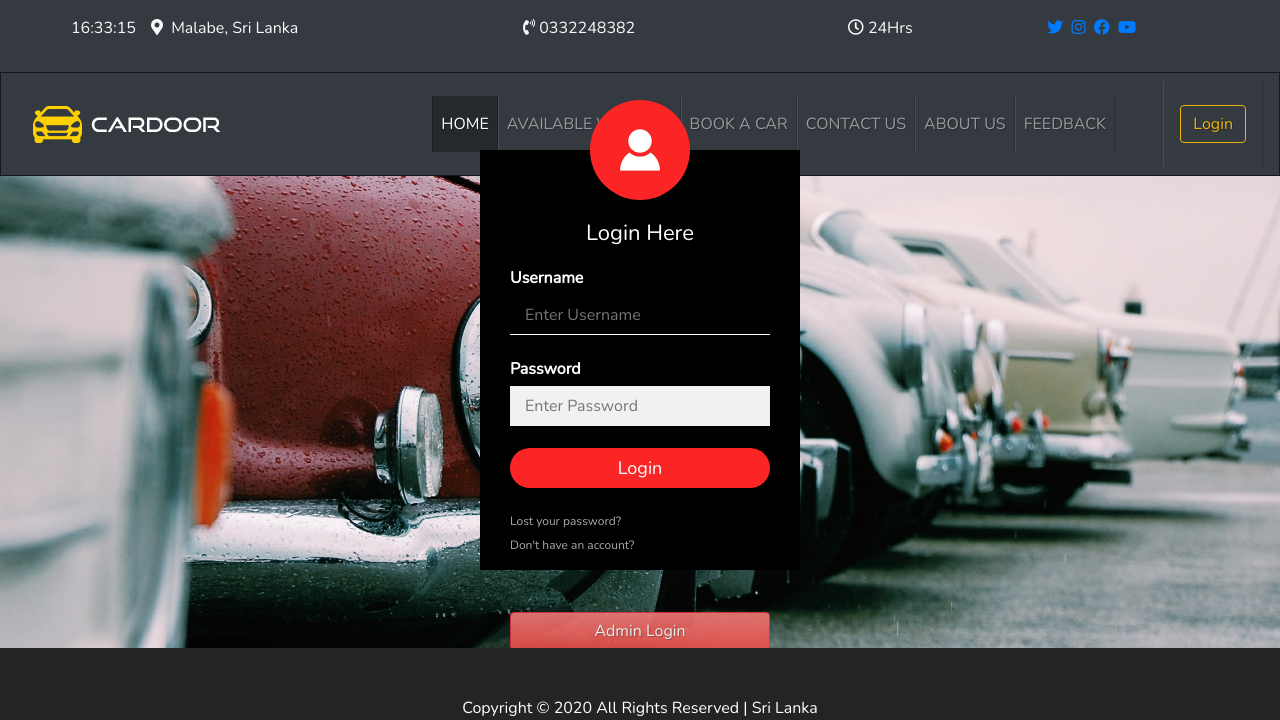
Repository: NipunLakshan99/Cardoor
Page: http://localhost/RentCar/login.jsp
An editor plug-in stored every save of this project. The page is shown before and after the next save, followed by the edit.
The browser window is 1280 px wide. The pictures show the whole page.
Some web libraries are served in a nearby version. The page is served by Tomcat 9. Other server files are loaded and not shown.

Above is the page before, as saved 2020-05-13 11:10:02.

### RentCar/WebContent/login.jsp
<%@ page language="java" contentType="text/html; charset=ISO-8859-1"
    pageEncoding="ISO-8859-1"%>
<!DOCTYPE html>
<html>
<head>

		<meta charset="ISO-8859-1" name="viewport" content="width=device-width, initial-scale=1">
		<link rel="stylesheet" href="https://stackpath.bootstrapcdn.com/bootstrap/4.3.1/css/bootstrap.min.css" integrity="sha384-ggOyR0iXCbMQv3Xipma34MD+dH/1fQ784/j6cY/iJTQUOhcWr7x9JvoRxT2MZw1T" crossorigin="anonymous">
		<link rel="stylesheet" href="https://bootswatch.com/4/slate/bootstrap.min.css" >
        <link rel="stylesheet" href="https://stackpath.bootstrapcdn.com/bootstrap/4.3.1/css/bootstrap.min.css" integrity="sha384-ggOyR0iXCbMQv3Xipma34MD+dH/1fQ784/j6cY/iJTQUOhcWr7x9JvoRxT2MZw1T" crossorigin="anonymous">
        <link href="https://fonts.googleapis.com/css?family=Nunito" rel="stylesheet">
        <link rel="stylesheet" href="https://use.fontawesome.com/releases/v5.8.2/css/all.css" integrity="sha384-oS3vJWv+0UjzBfQzYUhtDYW+Pj2yciDJxpsK1OYPAYjqT085Qq/1cq5FLXAZQ7Ay" crossorigin="anonymous">
        <link rel="stylesheet" href="CSS/stylesheet.css">
        <link rel="shortcut icon" href="CSS/favicon.ico" type="image/x-icon" />
		<title>Login</title>
</head>
<style>
 body{
  font-family: 'Nunito';
  background-image:url(CSS/img/carlo.jpg);
  background-size:cover;
  background-attachment:fixed;
}
</style>
<body onload="startTime()">
	<!--- Clock Display ------>
        <script>
            function startTime() {
                var today = new Date();
                var h = today.getHours();
                var m = today.getMinutes();
                var s = today.getSeconds();
                m = checkTime(m);
                s = checkTime(s);
                document.getElementById('txt').innerHTML =
                        h + ":" + m + ":" + s;
                var t = setTimeout(startTime, 500);
            }
            function checkTime(i) {
                if (i < 10) {
                    i = "0" + i
                }
                ;  // add zero in front of numbers < 10
                return i;
            }
        </script>

        <!------------------------------->

         <div class="preloader bg-dark text-light" >
            <div class="preloader-spinner" >


                <div id="header-top" class="d-none d-xl-block">
                    <div class="container">
                        <div class="row">

                            <div class="loader-content">
                                <!--<img src="CSS/img/preloader.gif">-->
                                <p id="txt"></p>

                            </div>

                            <div class="col-lg-3 text-left ">
                                <i class="fas fa-map-marker-alt"></i> &nbsp;Malabe, Sri Lanka
                            </div>&nbsp;&nbsp;&nbsp;&nbsp;

                            <div class="col-lg-3 text-center">
                                <i class="fas fa-phone-volume"></i> 0332248382
                            </div>&nbsp;&nbsp;&nbsp;&nbsp;

                            <div class="col-lg-3 text-center">
                                <i class="far fa-clock"></i> 24Hrs
                            </div>&nbsp;&nbsp;&nbsp;&nbsp;&nbsp;&nbsp;


                            <div class="header-social-icons text-right">
                                <a href="#"><i class="fab fa-twitter"></i></a>&nbsp;
                                <a href="#"><i class="fab fa-instagram"></i></a>&nbsp;
                                <a href="#"><i class="fab fa-facebook"></i></a>&nbsp;
                                <a href="#"><i class="fab fa-youtube"></i></a>&nbsp;
                            </div>
                        </div>
                    </div>
                </div>
            </div>
        </div>
  <nav class="navbar navbar-expand-lg navbar-dark bg-dark">
		<div class="col-lg-4">
                        <a href="Home.jsp" class="logo">
                            <img src="CSS/img/logo.png" alt="JSOFT">
                        </a>
                    </div>


  		<div class="collapse navbar-collapse" id="navbarColor02">
    	<ul class="navbar-nav mr-auto">
        <li class="nav-item active">
        <a href="Home.jsp" class="nav-link" href="#">HOME </a>
      	</li>
      	<li class="nav-item">
        <a href="vehicles.html" class="nav-link" href="#">AVAILABLE VEHICLES</a>
      	</li>
      	<li class="nav-item">
         <a href="addbookingform.jsp" class="nav-link" href="#">BOOK A CAR</a>
      	</li>
      	<li class="nav-item">
        <a href="contactus.html" class="nav-link" href="#">CONTACT US</a>
      	</li>
      	<li class="nav-item">
        <a href="aboutus.html" class="nav-link" href="#">ABOUT US</a>
      	</li>
      	<li class="nav-item">
        <a href="feedback.jsp" class="nav-link" href="#">FEEDBACK</a>
      	</li>
    	</ul>
    	<li class="form-inline my-2 my-lg-0">
        <a href="login.jsp" class="nav-item nav-link"><button class="btn btn-outline-warning">Login</button></a>
    	</li>
  		</div>
		</nav>

		<%
			String profile_msg=(String)request.getAttribute("profile_msg");
		if(profile_msg!=null){
			out.print(profile_msg);
			}
			String login_msg=(String)request.getAttribute("login_msg");
		if(login_msg!=null){
			out.print(login_msg);
			}
 		%>


		<div class="loginbox">
			<img src="CSS/img/avatar.png" class="avatar">
			<h1>Login Here</h1>
        <form action="log" method="post">
  		<p>Username</p>
            <input type="text" name="" placeholder="Enter Username">
            <p>Password</p>
            <input type="password" name="" placeholder="Enter Password">
            <input type="submit" name="" value="Login">
            <a href="#">Lost your password?</a><br>
            <a href="customerinsert.jsp">Don't have an account?</a>
        </form>
        <br/>
        <br/>
  		<div>

        		  <a href="adminlogin.jsp"><button type="button" class="btn btn-danger">Admin Login</button></a>
        		  <a href="Stafflogin.jsp"><button type="button" class="btn btn-danger">Staff Login</button></a>
		</div>
		</form>
		</div>
		<br/>


   		<div class="footer">
  			<p><br/><br/><style="color: #8a8a7c">Copyright &copy; <script>document.write(new Date().getFullYear());</script> All Rights Reserved | Sri Lanka</p>
		</div>




</body>
</html>

### RentCar/WebContent/CSS/stylesheet.css
.btn-group-vertical{

  margin-left: 150px;
}

.align text-light{
	color:black;

}

.bg-light{
	border: 1px solid 	#000000;
    margin-bottom: 25px;
}

.btn-group-vertical input[type=button]{
	width: 100%;
	height: 30px;
 	position: relative;
 	margin-left: 150px;
	}

.adddriverform{
	margin-left: 150px;
}

.viewdrivers{
	margin-left: 150px;
}

.editdriverform{
	margin-left: 150px;
}




.loginform{
		width: 100%;
  		padding: 12px 20px;
  		margin: 8px 0;
  		display: inline-block;
  		border: 1px solid #cc;
  		background: #f1f1f1;
  		box-sizing: border-box;
}

.userimg{
	margin-left:1000px;
}

.adminlogin{
	width:50%;
	margin-left: 350px;
}

.feedbackform{
	margin-left: 150px;
}

#message {
  display:none;
  background: #f1f1f1;
  color: #000;
  position: relative;
  padding: 20px;
  margin-top: 10px;
}

#message p {
  padding: 10px 35px;
  font-size: 18px;
}


.img{
	position:absolute;
	left:700px;
	margin-left: 50px;
	top:250px;

}

.loginbox{
    width: 320px;
    height: 420px;
    background: #000;
    color: #fff;
    top: 50%;
    left: 50%;
    position: absolute;
    transform: translate(-50%,-50%);
    box-sizing: border-box;
    padding: 70px 30px;
}

.avatar{
    width: 100px;
    height: 100px;
    border-radius: 50%;
    position: absolute;
    top: -50px;
    left: calc(50% - 50px);
}

.loginbox h1{
    margin: 0;
    padding: 0 0 20px;
    text-align: center;
    font-size: 22px;
}

.loginbox p{
    margin: 0;
    padding: 0;
    font-weight: bold;
}

.loginbox input{
    width: 100%;
    margin-bottom: 20px;
}

.loginbox input[type="text"], input[type="password"]
{
    border: none;
    border-bottom: 1px solid #fff;
    background: transparent;
    outline: none;
    height: 40px;
    color: #fff;
    font-size: 16px;
}
.loginbox input[type="submit"]
{
    border: none;
    outline: none;
    height: 40px;
    background: #fb2525;
    color: #fff;
    font-size: 18px;
    border-radius: 20px;
}
.loginbox input[type="submit"]:hover
{
    cursor: pointer;
    background: #ffc107;
    color: #000;
}
.loginbox a{
    text-decoration: none;
    font-size: 12px;
    line-height: 20px;
    color: darkgrey;
}

.loginbox a:hover
{
    color: #ffc107;
}

.footer {
  position: fixed;
  left: 0;
  bottom: 0;
  width: 100%;
   height: 10%;
  background-color: #242422;
  color: white;
  text-align: center;
}

h1{
	text-align: center;
    font-size: 50px;
}

* {box-sizing: border-box}
/* Full-width input fields */
  input[type=text], input[type=password] {
  width: 100%;
  padding: 15px;
  margin: 5px 0 22px 0;
  display: inline-block;
  border: none;
  background: #f1f1f1;
}

/* Add a background color when the inputs get focus */
input[type=text]:focus, input[type=password]:focus {
  background-color: #ddd;
  outline: none;
}

/* Set a style for all buttons */
button {
  background-color: #4CAF50;
  color: white;
  padding: 14px 20px;
  margin: 8px 0;
  border: none;
  cursor: pointer;
  width: 100%;
  opacity: 0.9;
}

button:hover {
  opacity:1;
}

/* Extra styles for the cancel button */
.cancelbtn {
  padding: 14px 20px;
  background-color: #f44336;
}

/* Float cancel and signup buttons and add an equal width */
.cancelbtn, .signupbtn {
  float: left;
  width: 50%;
}

/* Add padding to container elements */
.container {
  padding: 16px;
}

/* The Modal (background) */
.modal {
  display: none; /* Hidden by default */
  position: fixed; /* Stay in place */
  z-index: 1; /* Sit on top */
  left: 0;
  top: 0;
  width: 100%; /* Full width */
  height: 100%; /* Full height */
  overflow: auto; /* Enable scroll if needed */
  background-color: #474e5d;
  padding-top: 50px;
}

/* Modal Content/Box */
.modal-content {
  background-color: #fefefe;
  margin: 5% auto 15% auto; /* 5% from the top, 15% from the bottom and centered */
  border: 1px solid #888;
  width: 80%; /* Could be more or less, depending on screen size */
}

/* Style the horizontal ruler */
hr {
  border: 1px solid #f1f1f1;
  margin-bottom: 25px;
}

/* The Close Button (x) */
.close {
  position: absolute;
  right: 35px;
  top: 15px;
  font-size: 40px;
  font-weight: bold;
  color: #f1f1f1;
}

.close:hover,
.close:focus {
  color: #f44336;
  cursor: pointer;
}

/* Clear floats */
.clearfix::after {
  content: "";
  clear: both;
  display: table;
}

/* Change styles for cancel button and signup button on extra small screens */
@media screen and (max-width: 300px) {
  .cancelbtn, .signupbtn {
    width: 100%;
  }
}

After the next save:
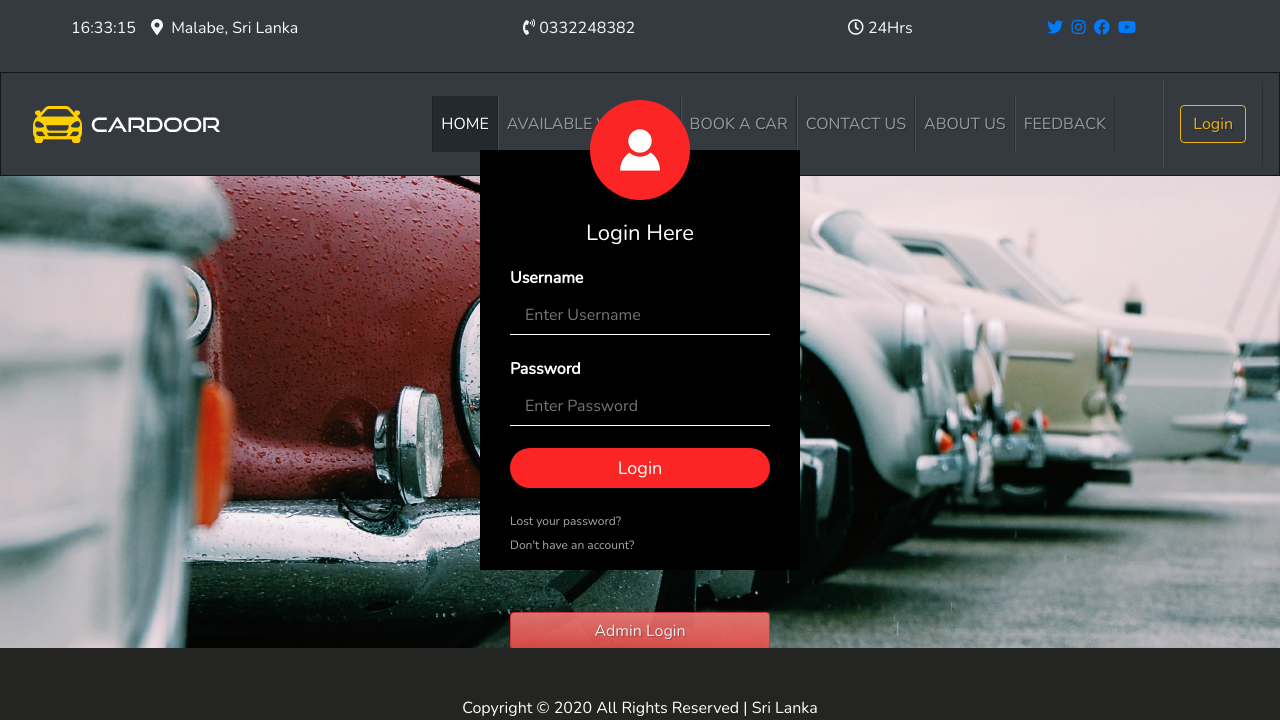
Saved 2 min 52 s later.
--- a/RentCar/WebContent/CSS/stylesheet.css
+++ b/RentCar/WebContent/CSS/stylesheet.css
@@ -124,6 +124,17 @@
 .loginbox input[type="text"], input[type="password"]
 {
     border: none;
+    border-bottom: 1px solid #fff;
+    background: transparent;
+    outline: none;
+    height: 40px;
+    color: #fff;
+    font-size: 16px;
+}
+
+.loginbox input[type="password"]
+{
+	 border: none;
     border-bottom: 1px solid #fff;
     background: transparent;
     outline: none;
